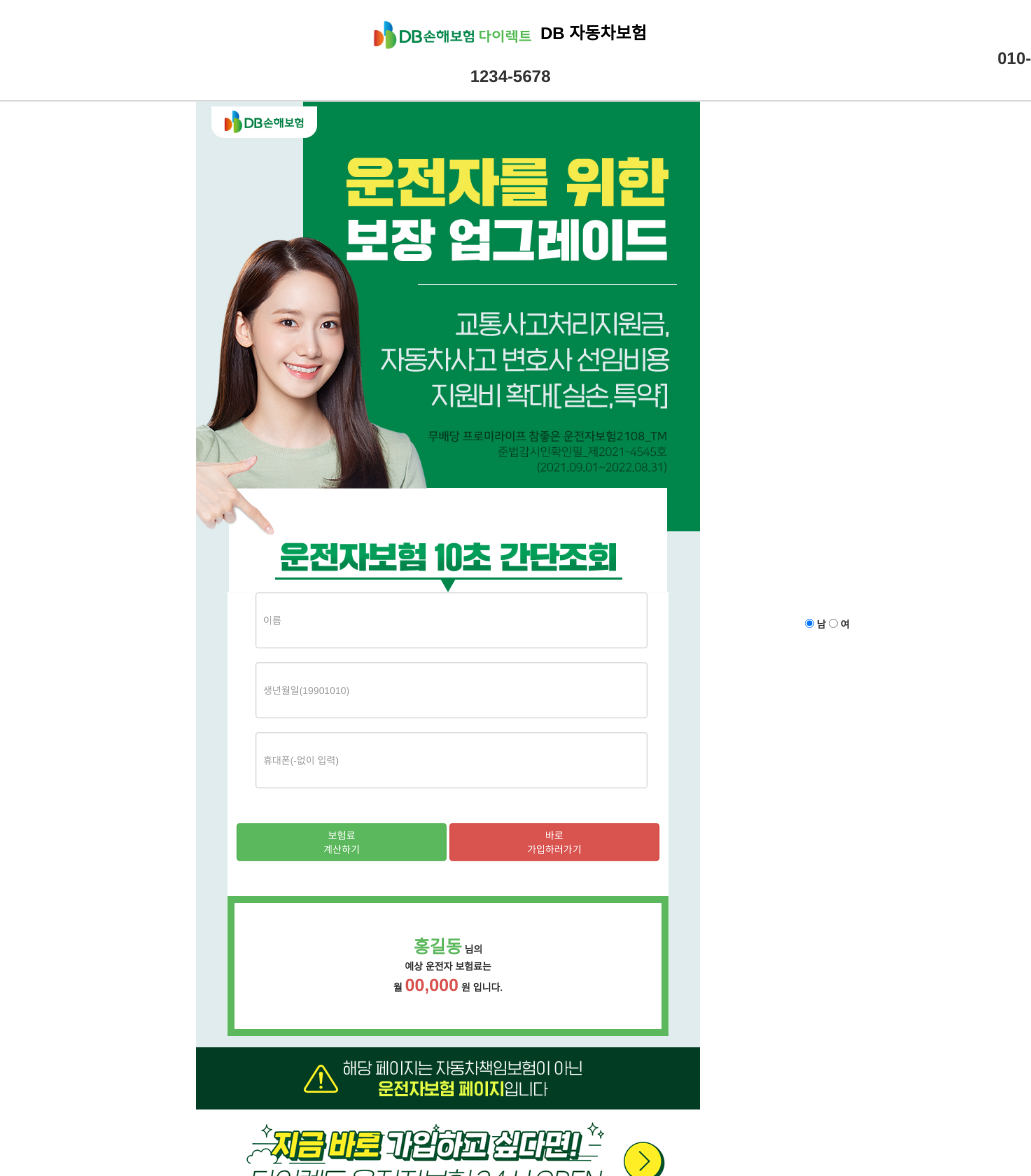
Repository: minho0324/directInsurance
Page: http://localhost/directClone/
An editor plug-in stored every save of this project. The page is shown before and after the next save, followed by the edit.
The browser window is 1280 px wide. The page is 1280 px wide, then 1473 px, so the pictures cover 1473 px, including what lies to the right of the window. The pictures show the part of the page from y = 0 to 1680 px (the page is 6129 px tall before and 6262 px after), at 70% of full size.
The page is served by Tomcat 9.

Above is the page before, as saved 2021-11-16 08:34:27.

After the next save:
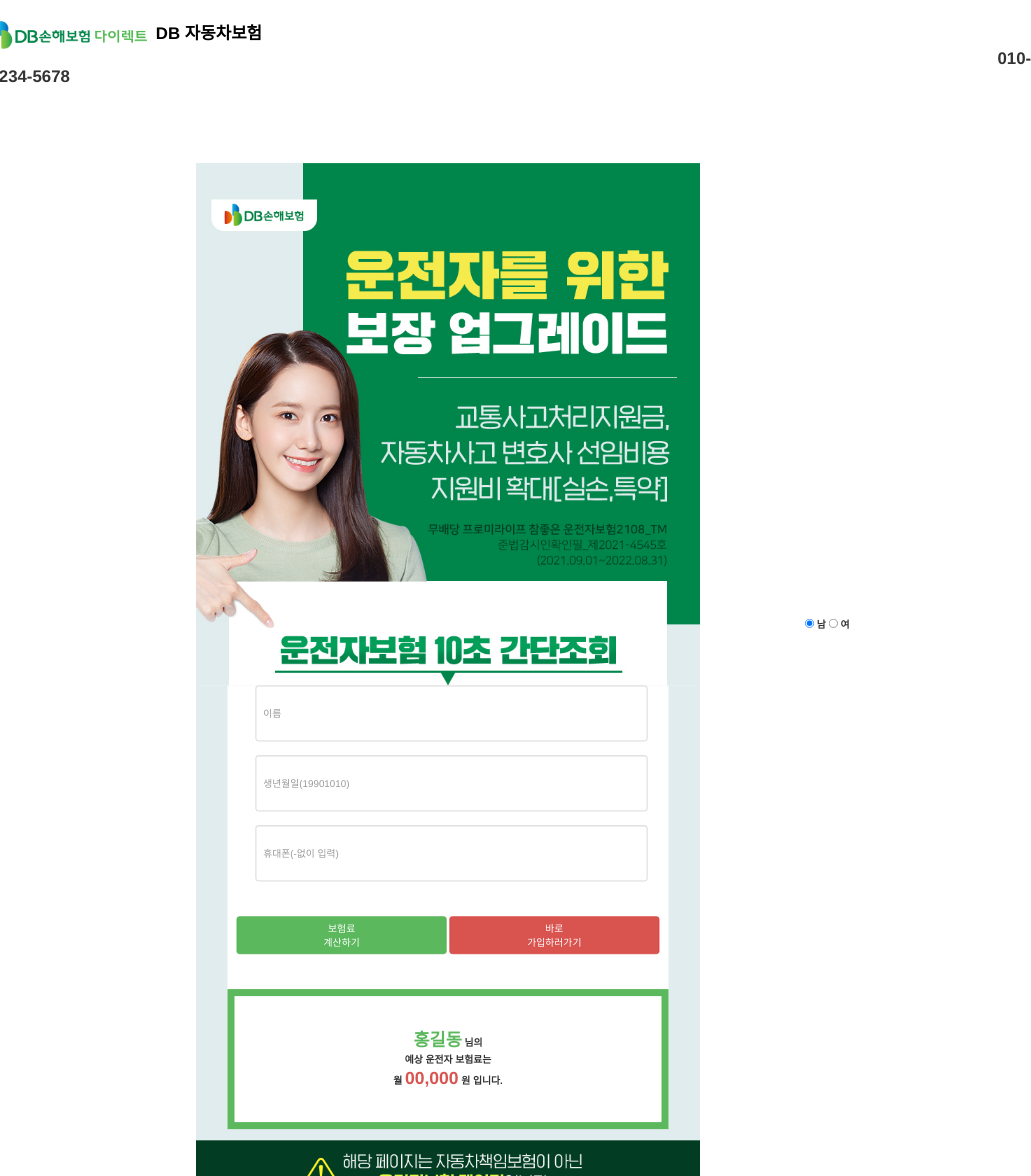
Saved 18 s later.
--- a/directClone/src/main/webapp/resources/css/index.css
+++ b/directClone/src/main/webapp/resources/css/index.css
@@ -47,16 +47,7 @@
 	}
 
 
-	.nav {
-		margin: 0 auto;
-		position: fixed;
-		background: white;
-		border-bottom-color: #D4D4D4;
-		border-bottom-width: 2px;
-		border-bottom-style: solid;
-		padding-bottom:10px;
-		text-align:center;
-	}
+
 	.nav .logo h3 a {
 		font-weight: bold;
 	}
